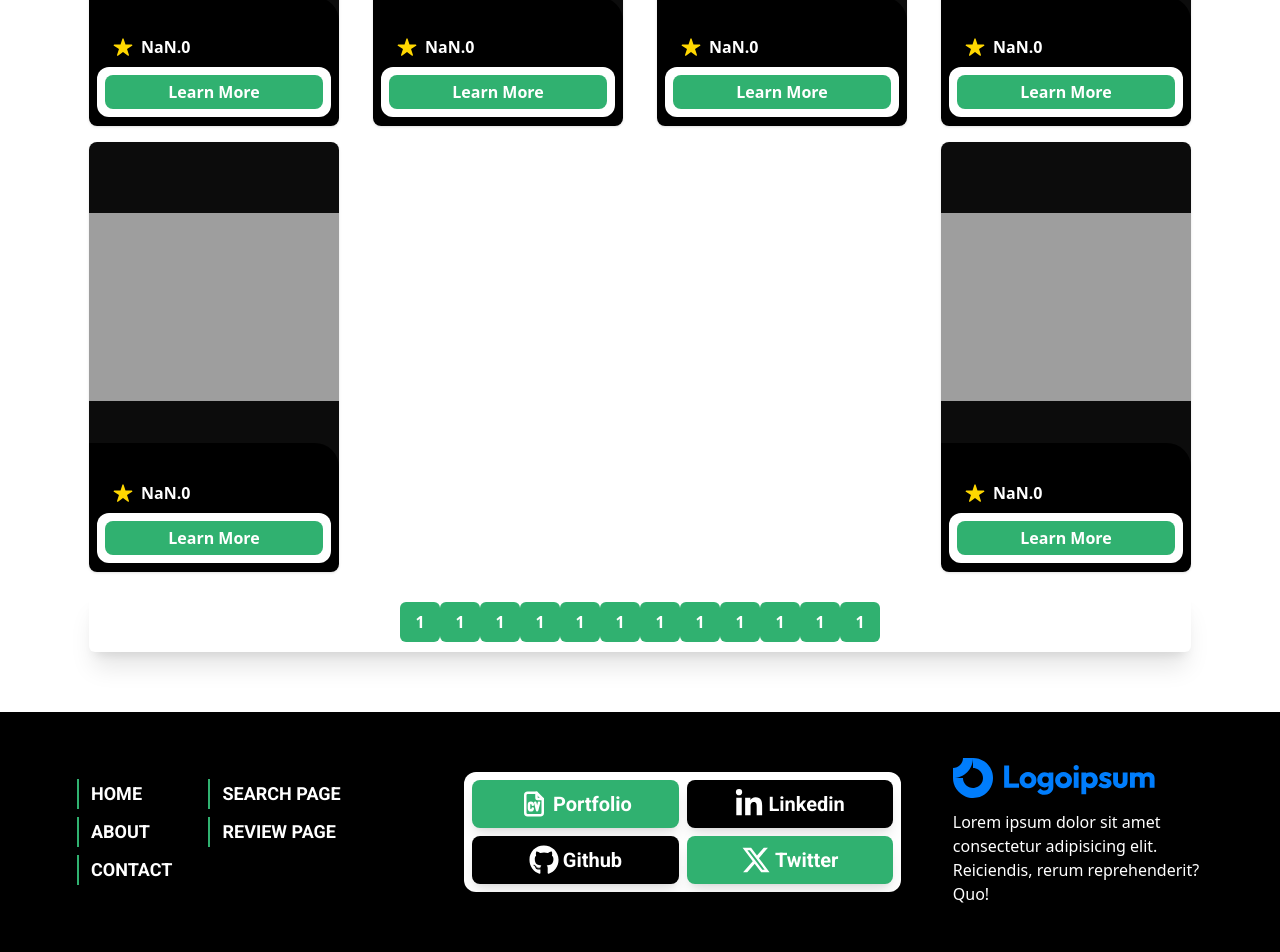
Repository: jayantatech/FrameFlick
Page: /movies
These files come from the project's save history. The page is drawn as it stood at one moment and after the next save; the edit follows.
The browser window is 1280 px wide. The pictures show the part of the page from y = 1096 to 2048 px (the page is 2048 px tall).
Pictures or frames that could not be fetched are drawn as grey boxes. The page's requests for data from a server got no answer. The project was rebuilt for these pictures with package versions that can differ from the ones it lists, and the page was loaded fresh each time. No one was signed in, and anything a server would have sent is missing. Also part of the build but not shown: vite.config.js, src/components/header/SearchBar.jsx, src/components/sliderComponent/button.css, src/components/sliderComponent/SliderComponent.jsx, src/pages/home/comingAttractions/ComingAttractions.jsx, src/pages/home/currentFavorites/CurrentFavorites.jsx, src/pages/home/movieGenres/MovieGenres.jsx, src/components/responsiveTitle/responsiveTitle.jsx and 11 more.

Above is the page before, as saved 2024-02-13 19:09:42.

### index.html
<!doctype html>
<html lang="en">

<head>
  <meta charset="UTF-8" />
  <link rel="icon" type="image/svg+xml" href="/vite.svg" />
  <meta name="viewport" content="width=device-width, initial-scale=1.0" />
  <link
    href="https://fonts.googleapis.com/css?family=Roboto:100,100italic,300,300italic,regular,italic,500,500italic,700,700italic,900,900italic"
    rel="stylesheet" />
  <link
    href="https://fonts.googleapis.com/css?family=Poppins:100,100italic,200,200italic,300,300italic,regular,italic,500,500italic,600,600italic,700,700italic,800,800italic,900,900italic"
    rel="stylesheet" />
  <title>Vite + React</title>
</head>

<body>
  <div id="root"></div>
  <script type="module" src="/src/main.jsx"></script>
</body>

</html>

### src/main.jsx
import React from "react";
import ReactDOM from "react-dom/client";
import App from "./App.jsx";
import "./index.css";
import { Provider } from "react-redux";
import store from "./store/Store.js";

ReactDOM.createRoot(document.getElementById("root")).render(
  <React.StrictMode>
    <Provider store={store}>
      <App />
    </Provider>
  </React.StrictMode>
);

### src/App.jsx
import React, { useEffect } from "react";
import ContentWrapper from "./components/contentWrapper/ContentWrapper";
import Header from "./components/header/Header";
import SearchBar from "./components/header/SearchBar";
import { fetchDataFromApi } from "./Utils/api";
import { useDispatch, useSelector } from "react-redux";
import { setFilmGenres, setUrl } from "./store/HomeSlice";
import Home from "./pages/home/Home";
import fetchData from "./components/hooks/fetchData";
import VideoPopBox from "./components/videoPopBox/VideoPopBox";
import Footer from "./components/footer/Footer";
import ReviewPage from "./pages/reviewPage/ReviewPage";
import { BrowserRouter, Route, Routes } from "react-router-dom";
import MoviePage from "./pages/moviePage/MoviePage";

/*
main green color - #58DAA8
2nd main color - #30b170
light green color - #E6FFF8
deep Green color - #409E7A
deep Green color 2 - #5EBEA3

*/

const App = () => {
  const { data, loading } = fetchData("configuration");

  const dispatch = useDispatch();
  useEffect(() => {
    dispatch(setUrl(`${data?.images.secure_base_url + "original"}`));
  }, [data]);

  const { data: genresData, loading: genresLoading } = fetchData(
    `genre/movie/list?language=en`
  );
  useEffect(() => {
    dispatch(setFilmGenres(genresData && genresData?.genres));
  }, [genresData]);

  return (
    <BrowserRouter>
      <VideoPopBox />
      <Header />
      <Routes>
        <Route path="/" element={<Home />} />
        <Route path="/review/:film/:id" element={<ReviewPage />} />
        <Route path="/movies" element={<MoviePage />} />
      </Routes>
      {/* <div className=" w-full h-[800px]"></div> */}
      <Footer />
    </BrowserRouter>
  );
};

export default App;

### src/components/contentWrapper/ContentWrapper.jsx
import React from "react";

const ContentWrapper = ({ children }) => {
  return <div className="w-full max-w-[1158px] mx-auto px-4">{children}</div>;
};

export default ContentWrapper;

### src/components/hooks/fetchData.jsx
import React, { useEffect, useState } from "react";
import { fetchDataFromApi } from "../../Utils/api";

const fetchData = (url) => {
  const [data, setData] = useState(null);
  const [loading, setLoading] = useState(null);
  const [error, setError] = useState(null);

  useEffect(() => {
    setLoading(true);
    setData(null);
    setError(null);
    fetchDataFromApi(url)
      .then((res) => {
        if (res?.status === 404) {
          throw new Error("Videos not found for this video");
        } else {
          return res.json();
        }
      })
      .then((data) => {
        setLoading(false);
        setData(data);
      })
      .catch((error) => setError("Something went wrong"));
  }, [url]);

  return { data, loading, error };
};

export default fetchData;

### src/components/videoPopBox/VideoPopBox.jsx
import React, { useEffect, useState } from "react";
import { IoClose } from "react-icons/io5";
import { useDispatch, useSelector } from "react-redux";
import { setVideoPopBox } from "../../store/HomeSlice";
import ReactPlayer from "react-player";

const VideoPopBox = () => {
  const [activeVideo, setActiveVideo] = useState(false);
  const [videoInfo, setVideoInfo] = useState([]);
  const dispatch = useDispatch();
  const { vidboxOn, vidBoxInfo } = useSelector(
    (state) => state.home.VideoPopBox
  );
  useEffect(() => {
    if (vidboxOn) setActiveVideo(vidboxOn);
    if (vidBoxInfo) setVideoInfo(vidBoxInfo);
  }, [vidboxOn, vidBoxInfo]);

  // useEffect(() => {
  //   if (activeVideo) {
  //     document.body.style.overflow = "hidden";
  //   } else {
  //     document.body.style.overflow = "auto";
  //   }
  // }, [activeVideo]);

  function hideVideoBox() {
    dispatch(setVideoPopBox([{ vidBoxOnPass: false, vidBoxInfoPass: {} }]));
    setActiveVideo(false);
  }

  return (
    <div
      className={` fixed w-screen h-screen top-0 left-0 ${
        activeVideo ? "block z-40" : "hidden -z-0"
      }`}
    >
      <div
        className={` relative top-0 left-0 min-h-screen min-w-screen flex items-center justify-center overflow-hidden`}
      >
        <div
          className=" absolute top-0 left-0 w-full h-full bg-[#000000af]"
          onClick={hideVideoBox}
        ></div>
        <div
          className={`w-[840px] h-[540px] max-lg:w-[660px] max-lg:h-[440px] max-md:w-[360px] max-md:h-[240px] bg-[#fff] shadow-xl rounded-xl py-4 px-4 relative transition-all duration-300 ${
            activeVideo ? "translate-y-[0%]" : "translate-y-[150%]"
          }`}
        >
          <div
            className=" w-[50px] h-[50px] bg-[#30B170] hover:bg-[#58DAA8] text-black hover:text-gray-600  absolute -top-5 -right-5 rounded-full flex items-center justify-center text-4xl cursor-pointer"
            onClick={hideVideoBox}
          >
            <IoClose />
          </div>
          <div className=" w-full h-full bg-black">
            {videoInfo && (
              <ReactPlayer
                url={`https://www.youtube.com/watch?v=${videoInfo?.key}`}
                width={"100%"}
                height={"100%"}
              />
            )}
          </div>
        </div>
      </div>
    </div>
  );
};

export default VideoPopBox;

### src/pages/moviePage/MoviePage.jsx
import React from "react";
import HeroMovie from "./heroMovie/HeroMovie";
import AllMovies from "./allMovies/AllMovies";

const MoviePage = () => {
  return (
    <div>
      <HeroMovie />
      <AllMovies />
    </div>
  );
};

export default MoviePage;

### src/pages/moviePage/heroMovie/HeroMovie.jsx
import React, { useEffect, useState } from "react";
import MyImage from "../../../components/myImage/MyImage";
import fetchData from "../../../components/hooks/fetchData";
import { useSelector } from "react-redux";
import MovieHeroInfo from "../../../components/movieHeroInfo/MovieHeroInfo";

const HeroMovie = () => {
  const [storeGen, setStoreGen] = useState([]);
  const [filmInfo, setFilmInfo] = useState([]);
  const [storeRendom, setStoreRendom] = useState(null);
  const { data, loading } = fetchData(`trending/movie/week`);
  const { url, filmGenres } = useSelector((state) => state.home);

  useEffect(() => {
    let rendomData;
    if (data?.results) {
      const genRanNum = Math.floor(Math.random() * 19);
      rendomData = data?.results[genRanNum];
      setStoreRendom(rendomData);
      console.log(data);
    }
  }, [data]);

  // let testData = storeRendom && storeRendom;
  let movieHeroData = storeRendom && storeRendom;
  useEffect(() => {
    let storeGenNum = [];
    if (movieHeroData) {
      filmGenres?.forEach((element) => {
        if (movieHeroData?.genre_ids.includes(element?.id)) {
          storeGenNum.push(element);
        }
      });
    }
    setStoreGen(storeGenNum);
  }, [filmGenres, movieHeroData]);
  console.log(storeGen);
  return (
    <div className=" w-full h-[590px] max-md:h-[670px] bg-black relative">
      <div className=" w-full h-full bg-[#0000005d] absolute top-0 left-0 z-10"></div>
      <div className=" overflow-hidden w-full h-full absolute top-0 left-0 z-0 ">
        <MyImage
          src={`${url}${!loading && movieHeroData?.backdrop_path}`}
          className={"max-lg:scale-150 max-md:scale-[4]"}
        />
      </div>
      <MovieHeroInfo movieHeroData={movieHeroData} storeGen={storeGen} />
    </div>
  );
};

export default HeroMovie;

### src/pages/moviePage/allMovies/AllMovies.jsx
import React from "react";
import ContentWrapper from "../../../components/contentWrapper/ContentWrapper";
import FilmCard from "../../../components/filmCard/FilmCard";

const AllMovies = () => {
  return (
    <div>
      <ContentWrapper>
        <div className=" py-[60px] px-3">
          <div className=" py-3">
            <h2 className=" capitalize text-3xl font-[Roboto] font-bold">
              our Movie suggestions
            </h2>
          </div>
          <div className=" w-full h-auto flex py-5 flex-row flex-wrap gap-4 items-center justify-between">
            <FilmCard />
            <FilmCard />
            <FilmCard />
            <FilmCard />
            <FilmCard />
            <FilmCard />
          </div>
          <div className=" w-full h-[60px] bg-[#fff] shadow-xl rounded-md flex items-center justify-center gap-23">
            <div className=" w-[40px] h-[40px] bg-[#30B170] text-white rounded-md flex items-center justify-center font-semibold">
              1
            </div>
            <div className=" w-[40px] h-[40px] bg-[#30B170] text-white rounded-md flex items-center justify-center font-semibold">
              1
            </div>
            <div className=" w-[40px] h-[40px] bg-[#30B170] text-white rounded-md flex items-center justify-center font-semibold">
              1
            </div>
            <div className=" w-[40px] h-[40px] bg-[#30B170] text-white rounded-md flex items-center justify-center font-semibold">
              1
            </div>
            <div className=" w-[40px] h-[40px] bg-[#30B170] text-white rounded-md flex items-center justify-center font-semibold">
              1
            </div>
            <div className=" w-[40px] h-[40px] bg-[#30B170] text-white rounded-md flex items-center justify-center font-semibold">
              1
            </div>
            <div className=" w-[40px] h-[40px] bg-[#30B170] text-white rounded-md flex items-center justify-center font-semibold">
              1
            </div>
            <div className=" w-[40px] h-[40px] bg-[#30B170] text-white rounded-md flex items-center justify-center font-semibold">
              1
            </div>
            <div className=" w-[40px] h-[40px] bg-[#30B170] text-white rounded-md flex items-center justify-center font-semibold">
              1
            </div>
            <div className=" w-[40px] h-[40px] bg-[#30B170] text-white rounded-md flex items-center justify-center font-semibold">
              1
            </div>
            <div className=" w-[40px] h-[40px] bg-[#30B170] text-white rounded-md flex items-center justify-center font-semibold">
              1
            </div>
            <div className=" w-[40px] h-[40px] bg-[#30B170] text-white rounded-md flex items-center justify-center font-semibold">
              1
            </div>
          </div>
        </div>
      </ContentWrapper>
    </div>
  );
};

export default AllMovies;

### src/components/myImage/MyImage.jsx
import React from "react";
import { LazyLoadImage } from "react-lazy-load-image-component";
import "react-lazy-load-image-component/src/effects/blur.css";

const MyImage = ({ src, className, alt }) => (
  <div className=" w-full min-h-full flex items-center justify-center overflow-hidden bg-contain">
    <LazyLoadImage
      alt={alt ? alt : "Frameflick"}
      src={src}
      effect="blur"
      width={"100%"}
      height={"100%"}
      className={`${className}`}
    />
  </div>
);

export default MyImage;

### src/components/movieHeroInfo/MovieHeroInfo.jsx
import React, { useEffect, useState } from "react";
import { IoIosStar } from "react-icons/io";
import ContentWrapper from "../contentWrapper/ContentWrapper";
import GenresCard from "../genresCard/GenresCard";
import BothButton from "../bothButton/BothButton";
import ResponsiveTitle from "../responsiveTitle/responsiveTitle";
import ResponsiveText from "../responsiveText/ResponsiveText";
import RattingBox from "../rattingBox/RattingBox";
import DateBox from "../dateBox/DateBox";

const MovieHeroInfo = ({ movieHeroData, storeGen }) => {
  const [storeSlice, setStoreSlice] = useState(null);
  useEffect(() => {
    const slicGen = storeGen && storeGen?.slice(0, 3);
    setStoreSlice(slicGen);
  }, [storeGen]);

  console.log(storeGen);
  return (
    <ContentWrapper>
      <div className=" relative top-0 left-0 w-full h-[590px] max-md:h-[670px] flex items-end justify-center py-4 z-20">
        <div className=" w-full min-h-[270px] max-lg:min-h-[270px] max-md:min-h-[470px] rounded-lg  bg-[#636262] backdrop-filter backdrop-blur-sm bg-opacity-60 p-4 max-lg:px-2 flex flex-row gap-2 max-md:flex-col">
          <div className=" md:w-3/6">
            <h2 className=" text-3xl font-[Roboto] font-bold text-white min-h-[40px]">
              {movieHeroData?.original_title}
            </h2>
            {/* <ResponsiveTitle data={testData} /> */}
            <div className=" w-full h-[40px]  my-2 flex items-center flex-row gap-2 px-2">
              <DateBox data={movieHeroData} />
              <RattingBox data={movieHeroData} />
            </div>
            {
              <div className=" w-full h-[60px] max-md:h-[80px] max-lg:h-[90px] flex items-center justify-start px-2 flex-row gap-2">
                <ResponsiveText data={movieHeroData} upTo={15} />
              </div>
            }
            <div className=" px-2 py-3 flex items-center justify-center gap-2 flex-row">
              <BothButton data={movieHeroData} />
            </div>
          </div>
          <div className=" md:w-3/6 max-h-[210px] max-lg:max-h-[240px] max-md:min-h-[240px] px-3 py-3 flex items-center justify-start gap-6 max-lg:gap-3 flex-wrap flex-col">
            <div className=" w-full py-1 bg-[#000] text-white text-center rounded-md">
              <span className=" font-[Roboto] font-semibold text-lg">
                {" "}
                {movieHeroData?.original_title} Genres
              </span>
            </div>
            <div className=" flex items-center justify-center gap-3 flex-wrap flex-row max-md:flex-row ">
              {storeSlice?.map((item, index) => (
                <GenresCard key={index} item={item} />
              ))}
            </div>
          </div>
        </div>
      </div>
    </ContentWrapper>
  );
};

export default MovieHeroInfo;

### src/components/responsiveText/ResponsiveText.jsx
import React from "react";

const ResponsiveText = ({ data, upTo = 20 }) => {
  function getTheDescription(description) {
    const words = description.split(" ").slice(0, upTo).join(" ") + "...";
    return words;
  }
  return (
    <p className=" font-[Poppins] text-lg text-white ">
      {data && getTheDescription(data?.overview)}
    </p>
  );
};

export default ResponsiveText;

### src/components/bothButton/BothButton.jsx
import React from "react";
import { useDispatch } from "react-redux";
import { setVideoPopBox } from "../../store/HomeSlice";
import fetchData from "../hooks/fetchData";
import { useNavigate } from "react-router";

const BothButton = ({ data }) => {
  const { data: newData, loading: newLoading } = fetchData(
    `movie/${data?.id && data?.id}/videos`
  );
  const oneVideo = newData?.results?.filter((item) => item?.key);
  const oneTrailer = oneVideo && oneVideo[0];

  const dispatch = useDispatch();
  const openVideoBox = () => {
    dispatch(
      setVideoPopBox([{ vidBoxOnPass: true, vidBoxInfoPass: oneTrailer }])
    );
  };

  const navigateNew = useNavigate();

  const navigateToNewPage = () => {
    navigateNew(`/review/${"movie"}/${data?.id}`);
  };
  return (
    <>
      <button
        className=" w-full h-[50px] max-lg:h-[40px] bg-[#000] rounded-md text-white font-bold text-2xl font-[Roboto] hover:scale-95 transition-all duration-300 max-lg:text-xl"
        onClick={openVideoBox}
      >
        Trailer
      </button>
      <button
        className=" w-full h-[50px] bg-[#30B170] rounded-md text-white font-bold text-2xl font-[Roboto]  hover:scale-95 transition-all duration-300 max-lg:h-[40px] max-lg:text-xl"
        onClick={navigateToNewPage}
      >
        Learn More
      </button>
    </>
  );
};

export default BothButton;

### src/components/rattingBox/RattingBox.jsx
import React from "react";
import { IoStar } from "react-icons/io5";

const RattingBox = ({ data }) => {
  const averageVote = data && data?.vote_average;

  const votePointer = Number(
    data && data?.vote_average.toString().split(".")[1]
  );

  return (
    <>
      {
        <div className=" text-lg font-extrabold font-[Roboto] flex items-center justify-start gap-2 px-2 py-1 rounded-lg bg-white md:w-[150px]  max-md:w-[50%]">
          Rating:
          <span className=" text-[#ffd700] text-2xl flex items-center justify-center font-bold">
            <IoStar />
          </span>
          {averageVote &&
            votePointer &&
            `${Math.floor(averageVote)}.${
              votePointer ? votePointer.toString().slice(0, 1) : "0"
            }`}
        </div>
      }
    </>
  );
};

export default RattingBox;

### src/components/dateBox/DateBox.jsx
import React from "react";

const DateBox = ({ data }) => {
  function timeFormath(timeTo) {
    const releaseDate = new Intl.DateTimeFormat("en-US", {
      day: "2-digit",
      month: "short",
      year: "2-digit",
    }).format(new Date(timeTo));
    return releaseDate;
  }
  return (
    <div className=" text-lg font-extrabold font-[Roboto] flex items-center justify-start gap-2 px-2 py-1 rounded-lg bg-white md:w-[160px] max-md:w-[50%]">
      Data:
      <span className="font-bold max-md:text-base">
        {data && timeFormath(data?.release_date)}
      </span>
    </div>
  );
};

export default DateBox;

Loaded but not shown: src/index.css (common file); tailwind.config.js (common file); src/store/HomeSlice.js (34 lines, source omitted); src/Utils/api.js (20 lines, source omitted); src/store/Store.js (10 lines, source omitted); src/assets/icons/index.js (3 lines, source omitted); src/components/header/Header.jsx (153 lines, source omitted); src/components/footer/Footer.jsx (83 lines, source omitted); src/components/filmCard/FilmCard.jsx (105 lines, source omitted)

After the next save:
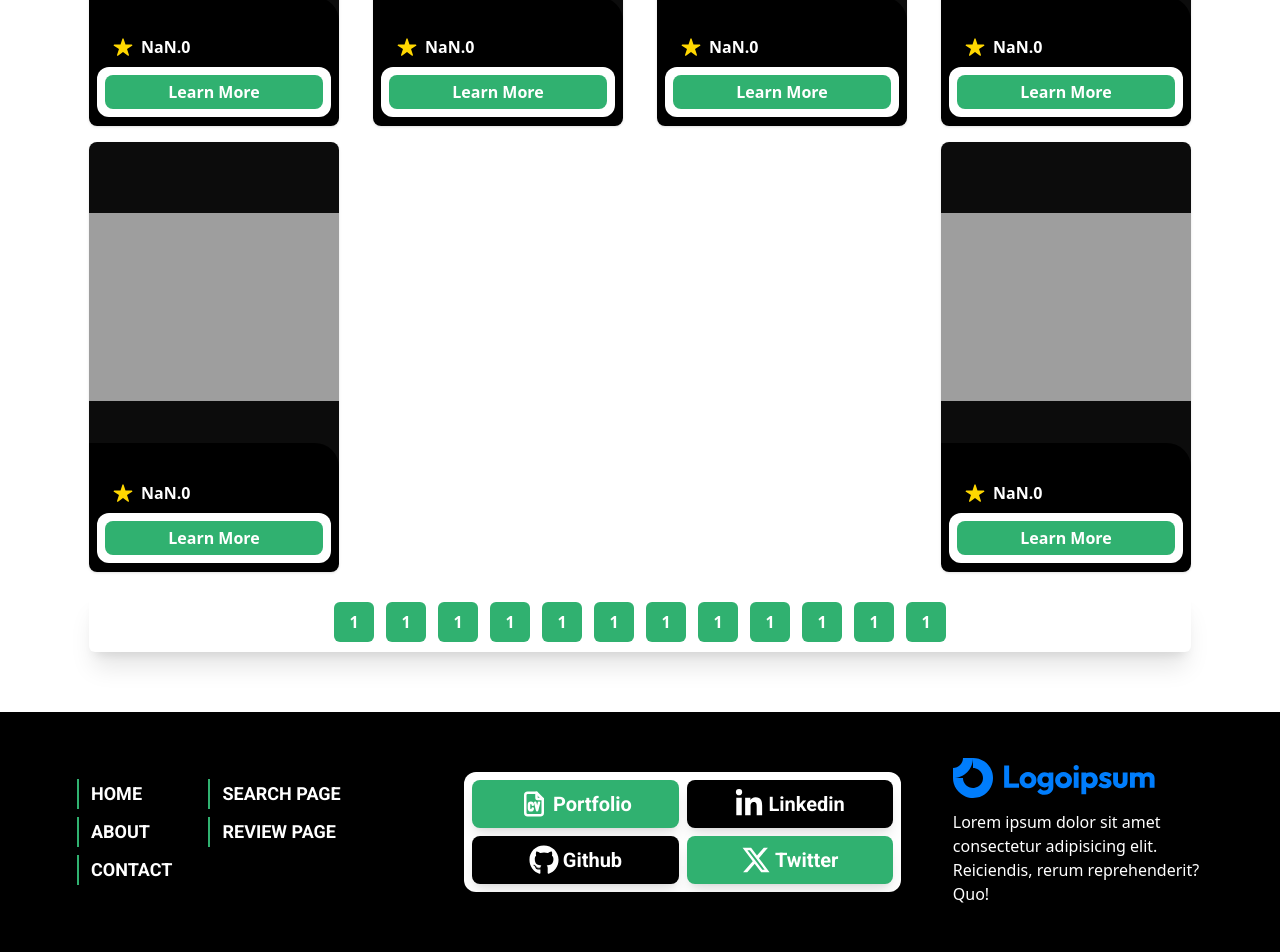
Saved 4 s later.
--- a/src/pages/moviePage/allMovies/AllMovies.jsx
+++ b/src/pages/moviePage/allMovies/AllMovies.jsx
@@ -20,7 +20,7 @@ const AllMovies = () => {
             <FilmCard />
             <FilmCard />
           </div>
-          <div className=" w-full h-[60px] bg-[#fff] shadow-xl rounded-md flex items-center justify-center gap-23">
+          <div className=" w-full h-[60px] bg-[#fff] shadow-xl rounded-md flex items-center justify-center gap-3">
             <div className=" w-[40px] h-[40px] bg-[#30B170] text-white rounded-md flex items-center justify-center font-semibold">
               1
             </div>
